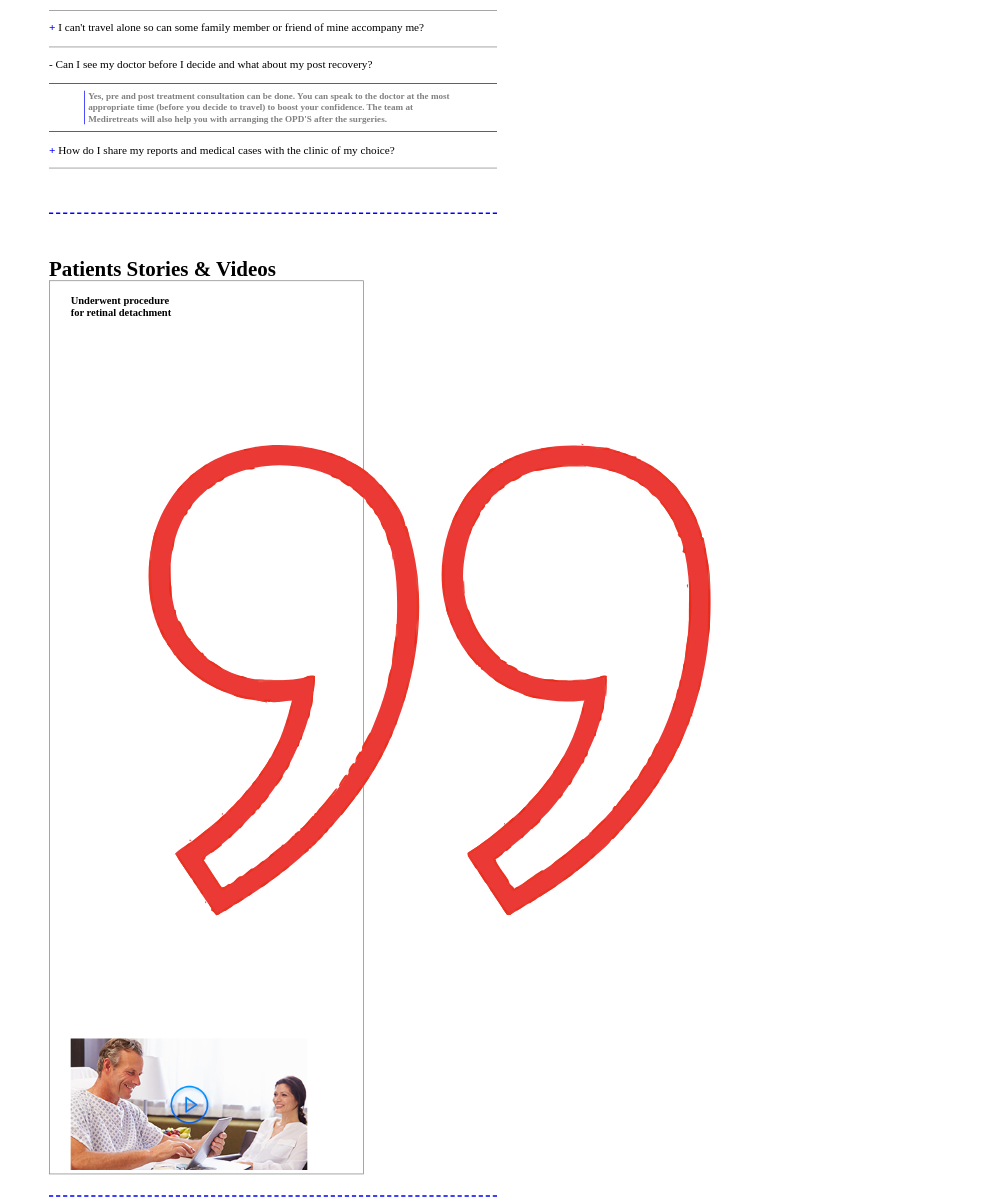
Repository: hetuk2005/webDevelopment
Page: Projects/Aafiya.html
An editor plug-in stored every save of this project. The page is shown before and after the next save, followed by the edit.
The browser window is 1280 px wide. The page is 1438 px wide, so the pictures cover 1438 px, including what lies to the right of the window. The pictures show the part of the page from y = 3751 to 5471 px (the page is 5471 px tall before and 4517 px after), at 70% of full size.

Above is the page before, as saved 2025-04-08 10:41:13.

After the next save:
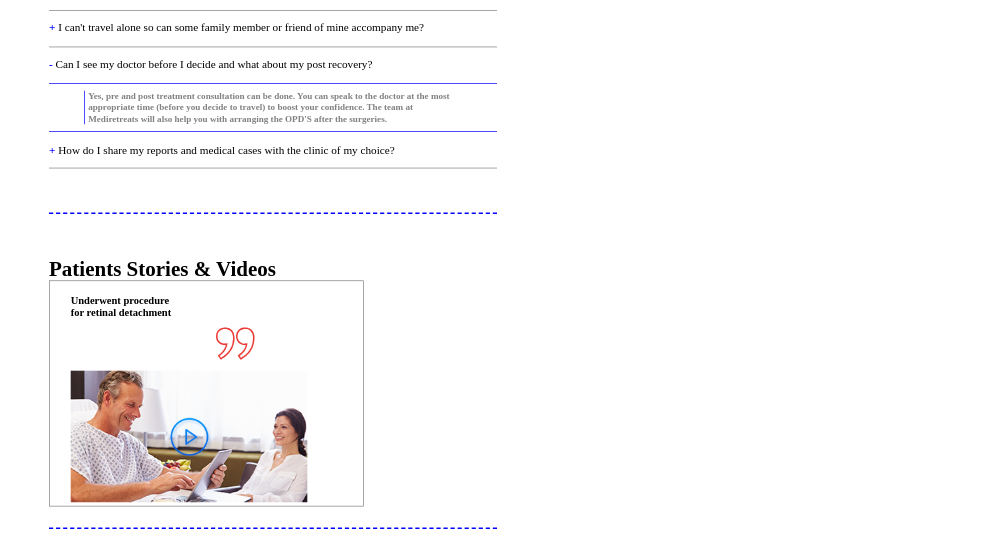
Saved 27 s later.
--- a/Projects/CSS/Aafiya.css
+++ b/Projects/CSS/Aafiya.css
@@ -523,7 +523,7 @@ span {
     font-weight: bold;
 }
 
-.patient_stories>.stories_img>.text1>.quotes {
+.patient_stories>.stories_img>.text1>.stories_text>.quotes {
     height: 70px;
     width: 70px;
     margin-right: 100px;
